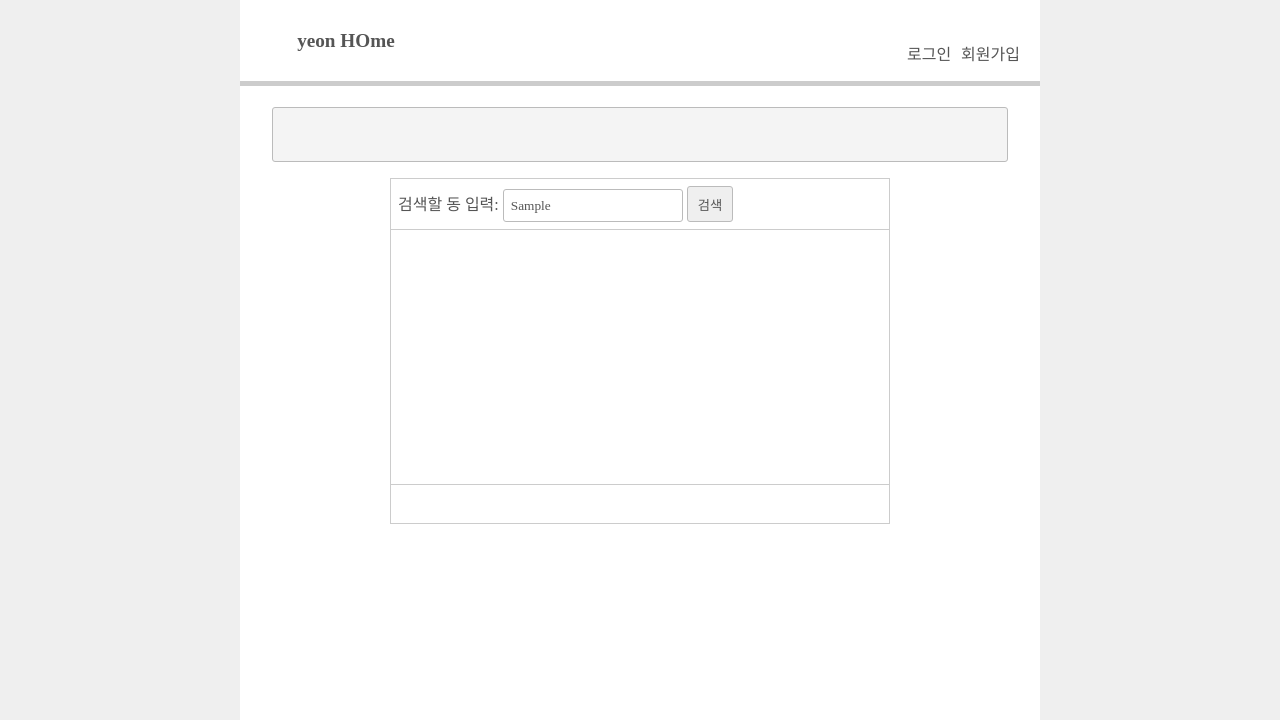
Repository: yeonhwa323/webPro
Page: webPro/src/main/webapp/javascript/days08/ex09_02.html
These files come from the project's save history. The page is drawn as it stood at one moment and after the next save; the edit follows.
The browser window is 1280 px wide. The pictures show the whole page.
Empty fields were first filled with sample values (such as "Sample", 5 or name@example.com).
After loading, the first visible `input[onclick="search_dong();"]` was clicked once.
Some web fonts or font styles are not loaded; a fallback is used.

Above is the page before, as saved 2024-04-16 05:20:18.
Console error: ReferenceError: search_dong is not defined

### webPro/src/main/webapp/javascript/days08/ex09_02.html
<!DOCTYPE html>
<html>
<head>
<meta charset="UTF-8">
<meta name="viewport" content="width=device-width, initial-scale=1.0">
<title>Insert title here</title>
<link rel="shortcut icon" type="image/x-icon" href="http://localhost/webPro/images/SiSt.ico">
<script src="https://ajax.googleapis.com/ajax/libs/jquery/3.7.1/jquery.min.js"></script>
<link rel="stylesheet" href="http://localhost/webPro/resources/cdn-main/example.css">
<script src="http://localhost/webPro/resources/cdn-main/example.js"></script>
<style>
 span.material-symbols-outlined{
   vertical-align: text-bottom;
 }
</style>
</head>
<body>
<header>
  <h1 class="main"><a href="#" style="position: absolute;top:30px;">yeon HOme</a></h1>
  <ul>
    <li><a href="#">로그인</a></li>
    <li><a href="#">회원가입</a></li>
  </ul>
</header>
<div>
  <xmp class="code">
  </xmp>

  <table border="1" style="width: 500px;margin: 0 auto">
    <tr>
     <td>
      검색할 동 입력:
      <input type="text" id="dong" name="dong" />
      <input type="button" value="검색" onclick="search_dong();" />
     </td>
    </tr>

    <tr>
     <td>
       <div id="searchResult" class="box" style="visibility: hidden;">
         <a href="javascript:sendAddr('123','451','서울 영등포구 당산 1동')">123-451</a>서울 영등포구 당산 1동<br>
         <a href="javascript:sendAddr('123','452','서울 영등포구 당산 2동')">123-452</a>서울 영등포구 당산 2동<br>
         <a href="javascript:sendAddr('123','453','서울 영등포구 당산 3동')">123-453</a>서울 영등포구 당산 3동<br>
         <a href="javascript:sendAddr('123','454','서울 영등포구 당산 4동')">123-454</a>서울 영등포구 당산 4동<br>
         <a href="javascript:sendAddr('123','455','서울 영등포구 당산 5동')">123-455</a>서울 영등포구 당산 5동<br>
         <a href="javascript:sendAddr('123','456','서울 영등포구 당산 6동')">123-456</a>서울 영등포구 당산 6동<br>
         <a href="javascript:sendAddr('123','457','서울 영등포구 당산 7동')">123-457</a>서울 영등포구 당산 7동<br>
         <a href="javascript:sendAddr('123','458','서울 영등포구 당산 8동')">123-458</a>서울 영등포구 당산 8동<br>
         <a href="javascript:sendAddr('123','459','서울 영등포구 당산 9동')">123-459</a>서울 영등포구 당산 9동<br>
         <a href="javascript:sendAddr('123','461','서울 영등포구 당산 10동')">123-461</a>서울 영등포구 당산 10동<br>
       </div>
     </td>
  </tr>
  <tr>
    <td>
      <div class="box" style="visibility: hidden;">
         '당산' 검색 결과 10개 검색되었습니다.
      </div>
    </td>
  </tr>
  </table>

</div>

</body>
</html>

### webPro/src/main/webapp/resources/cdn-main/example.css
@charset "UTF-8";

@import url('https://fonts.googleapis.com/css2?family=Material+Symbols+Outlined:opsz,wght,FILL,GRAD@20..48,100..700,0..1,-50..200');

@font-face {
    font-family: 'GmarketSansMedium';
    src: url('https://cdn.jsdelivr.net/gh/projectnoonnu/noonfonts_2001@1.1/GmarketSansMedium.woff') format('woff');
    font-weight: normal;
    font-style: normal;
}

:root {
	--text-color: #555;
	--sub-text-color: #777;
	--back-color: #EFEFEF;
	--header-color: #444;
	--primary-color: #DEDEDE;
	--secondary-color: #EFEFEF;
	--default-width: 800px;
	--narrow-width: 500px;
	--wide-width: 1200px;
	--text-font: 'GmarketSansMedium';
	--icon-font: 'Material Symbols Outlined';
	--border-color: #CCC;
}

html, body {
	margin: 0;
	padding: 0;
}

html {
	background-color: var(--back-color);
	display: flex;
	justify-content: center;
	min-height: 100vh;
}

body, body.default {
	width: var(--default-width);
	background-color: white;
	padding-bottom: 120px;
}

body.wide {
	width: var(--wide-width);
}

body.narrow {
	width: var(--narrow-width);
}



body, p, div, span, a, input, select, option, textarea, button, table, th, td, label, fieldset, legend {
	font-family: var(--text-font);
	color: var(--text-color);
}

h1, h2, h3 {
	font-family: var(--text-font);
	color: var(--header-color);
	padding: 0 1rem;
	padding-top: .5rem;
}

div > h1, div > h2, div > h3 {
	padding: 0;
}

body > div, body > main > div {
	padding: 0.3rem 1rem;
}


h1 { font-size: 2rem; border-bottom: 1px solid var(--border-color); }
h1 small { font-size: 1.2rem; color: var(--sub-text-color); }
h2 { font-size: 1.5rem; border-bottom: 1px dashed var(--border-color); }
h2 small { font-size: 1.1rem; color: --sub-text-color; }
h3 { font-size: 1.2rem; }
h3 small { font-size: 1rem; color: --sub-text-color; }



h1.main::before {
	font-family: var(--icon-font);
  	content: '\e666';
  	margin-right: 10px;
  	float: left;
	font-size: 2.5rem;
}

h1.sub::before {
	font-family: var(--icon-font);
  	content: '\ea19';
  	margin-right: 10px;
  	float: left;
	font-size: 2.5rem;
}


h1.page::before {
	font-family: var(--icon-font);
  	content: '\e0e0';
  	margin-right: 10px;
  	float: left;
	font-size: 2.5rem;
}

body > header > ul > li > .active{
	background-color: #FFF;
	color:#F00;
}

body > header {
	display: flex;
	justify-content: space-between;
	border-bottom: 5px solid var(--border-color);
	min-height: 74px;
	background-color: #FFF;
}

body > header.sticky {
	position: sticky;
	top: 0;
	z-index: 98;
}

body > header > h1 {
	font-size: 1.2rem;
	border: 0;
}

body > header.in > h1::before {
	font-family: var(--icon-font);
  	content: '\e332‥';
  	margin-right: 3px;
  	float: left;
	font-size: 2rem;
}


body > header > ul {
	list-style-type: none;
	display: flex;
	align-items: flex-end;
	margin-right: 10px;
}

body > header > ul > li {
	margin-right: 10px;
	cursor: pointer;
}

body > header > ul > li > a {
	cursor: pointer;
}


form {
	display: block;
}

form > div {
	padding: 0.3rem 1rem;
}

div > form > div {
	padding: 0.3rem 0;
}

input, textarea, button, select {
	border: 1px solid #BBB;
	border-radius: 3px;
	outline: none;
	resize: none;
	padding: 7px;
	margin: 0;
}

input[type=text]:read-only, textarea:read-only {
	cursor: not-allowed;
	background-color: #FFF;
}

input[type=text]:disabled, textarea:disabled {
	cursor: not-allowed;
	background-color: #EEE;
}

input[type=text], input[type=password], textarea, button, select {
	/* width: 300px; */
}

textarea {
	display: block;
	height: 100px;
}

input[type=button], input[type=submit], button {
	/* width: inherit; */
}

input.short, textarea.short, button.short, select.short {
	width: 100px;
}

input.long, textarea.long, button.long, select.long {
	width: 350px;
}

.narrow input.long, .narrow textarea.long, .narrow button.long, .narrow select.long {
	width: calc(100% - 20px);
}

input.full, textarea.full, button.full, select.full {
	width: calc(100% - 20px);
}

textarea.short {
	height: 50px;
}

textarea.long {
	height: 100px;
}

textarea.full {
	height: 200px;
}

input, textarea {
	padding-top: 8px;
}

input[type=button], input[type=submit], button {
	padding: 5px 10px;
	background-color: var(--secondary-color);
	cursor: pointer;
	min-height: 36px;
}

input[type=button].primary, input[type=submit].primary, button.primary {
	/* background-color: rgba(100, 149, 237, .2); */
	background-color: var(--primary-color);
}

input[type=button].primary:hover, input[type=submit].primary:hover, button.primary:hover {
	/* background-color: rgba(100, 149, 237, .3); */
	background-color: var(--secondary-color);
}

input[type=button]:hover, input[type=submit]:hover, button:hover {
	background-color: var(--primary-color);
}

button {
	position: relative;
	left: 0;
	top: 0;
	padding-left: 35px;
}

button .material-symbols-outlined {
	position: absolute;
	left: 10px;
	top: 4px;
}

/* k2nik add */
button.login::before {
	font-family: var(--icon-font);
  	content: '\ea77';
	position: absolute;
	left: 11px;
	top: 4px;
	font-size: 1.25rem;
}

/* k2nik logout */
button.logout::before {
	font-family: var(--icon-font);
  	content: '\e9ba';
	position: absolute;
	left: 11px;
	top: 4px;
	font-size: 1.25rem;
}

/* k2nik help */
button.help::before {
	font-family: var(--icon-font);
  	content: '\f1c0';
	position: absolute;
	left: 11px;
	top: 4px;
	font-size: 1.25rem;
}

button.add::before{
	font-family: var(--icon-font);
  	content: '\e746';
	position: absolute;
	left: 11px;
	top: 4px;
	font-size: 1.25rem;
}

button.back::before {
	font-family: var(--icon-font);
  	content: '\e166';
	position: absolute;
	left: 11px;
	top: 4px;
	font-size: 1.25rem;
}

button.list::before {
	font-family: var(--icon-font);
  	content: '\e0ee';
	position: absolute;
	left: 11px;
	top: 4px;
	font-size: 1.25rem;
}


button.del::before {
	font-family: var(--icon-font);
  	content: '\e872';
	position: absolute;
	left: 11px;
	top: 4px;
	font-size: 1.25rem;
}


button.edit::before {
	font-family: var(--icon-font);
  	content: '\e745';
	position: absolute;
	left: 11px;
	top: 4px;
	font-size: 1.25rem;
}


button.login::before {
	font-family: var(--icon-font);
  	content: '\ea77';
	position: absolute;
	left: 11px;
	top: 4px;
	font-size: 1.25rem;
}


button.logout::before {
	font-family: var(--icon-font);
  	content: '\e9ba';
	position: absolute;
	left: 11px;
	top: 4px;
	font-size: 1.25rem;
}


button.in::before {
	font-family: var(--icon-font);
  	content: '\f71a';
	position: absolute;
	left: 11px;
	top: 4px;
	font-size: 1.25rem;
}


button.out::before {
	font-family: var(--icon-font);
  	content: '\f70e';
	position: absolute;
	left: 11px;
	top: 4px;
	font-size: 1.25rem;
}


button.reply::before {
	font-family: var(--icon-font);
  	content: '\e15e';
	position: absolute;
	left: 11px;
	top: 4px;
	font-size: 1.25rem;
}


button.comment::before {
	font-family: var(--icon-font);
  	content: '\e0b9';
	position: absolute;
	left: 11px;
	top: 4px;
	font-size: 1.25rem;
}


button.modal::before {
	font-family: var(--icon-font);
  	content: '\e89e';
	position: absolute;
	left: 11px;
	top: 4px;
	font-size: 1.25rem;
}


button.ok::before {
	font-family: var(--icon-font);
  	content: '\e86c';
	position: absolute;
	left: 11px;
	top: 4px;
	font-size: 1.25rem;
}


button.cancel::before {
	font-family: var(--icon-font);
  	content: '\e5c9';
	position: absolute;
	left: 11px;
	top: 4px;
	font-size: 1.25rem;
}

button.search::before {
	font-family: var(--icon-font);
  	content: '\e8b6';
	position: absolute;
	left: 11px;
	top: 4px;
	font-size: 1.25rem;
}

button.home::before {
	font-family: var(--icon-font);
  	content: '\e88a';
	position: absolute;
	left: 11px;
	top: 4px;
	font-size: 1.25rem;
}


button.sidebar::before {
	font-family: var(--icon-font);
  	content: '\f7e4';
	position: absolute;
	left: 11px;
	top: 4px;
	font-size: 1.25rem;
}


button.sidebar-right::before {
	font-family: var(--icon-font);
  	content: '\f7e5';
	position: absolute;
	left: 11px;
	top: 4px;
	font-size: 1.25rem;
}




button::before {
	font-family: var(--icon-font);
  	content: '\e323';
	position: absolute;
	left: 11px;
	top: 4px;
	font-size: 1.25rem;
}


table {
	border-collapse: collapse;
	margin: 1rem;
	box-sizing: border-box;
	width: calc(100% - 32px);
}

table.content {
	width: auto;
}

div > table {
	margin: 0;
}

table th, table td {
	border: 1px solid var(--border-color);
	padding: 7px;
	font-weight: normal;
}

table th {
	background-color: var(--back-color);
}

table.vertical th {
	width: 150px;
}

table.vertical td {
	width: calc(100% - 182px);
	padding-left: 10px;
}

table.content td, table.content th {
	width: auto;
}

body.narrow table.vertical th {
	width: 100px;
}

body.narrow table.vertical td {
	width: calc(100% - 182px);
}


table + table {
	margin-top: 30px;
}


p {
	padding: 0 1rem;
}

a {
	text-decoration: none;
}

a:hover {
	color: rgba(255, 99, 71, .7);
}

hr {
	border: 0;
	border-top: 1px solid var(--border-color);
	margin: 2rem 0;
}

.message {
	border: 1px solid var(--border-color);
	background-color: #EFEFEF;
	margin: 1rem;
	width: auto;
	padding-top: 10px;
	padding-bottom: 10px;
	font-size: 14px;
}

.message[title]::before {
	content: attr(title);
	display: block;
	border-bottom: 1px solid var(--border-color);
	padding-bottom: 5px;
	margin-bottom: 10px;
	margin-top: 7px;
}

.message.short {
	max-width: 250px;
}

.message.long {
	max-width: 500px;
}

.badge {
	float: right;
	font-size: .8rem;
	margin-top: 2px;
	margin-right: 2px;
	text-shadow: 0 0 7px gray;
}

.badge.left {
	float: none;
	margin-left: 2px;
}

.badge.right {
	float: right;
}

.badge.red {
	border-radius: 50%;
	padding: 2px 5px;
	background-color: rgb(255, 99, 71, .3);
}

.badge.yellow {

	border-radius: 50%;
	padding: 2px 5px;
	background-color: rgb(255, 215, 0, .5);
}

.badge.blue {
	border-radius: 50%;
	padding: 2px 5px;
	background-color: rgb(100, 149, 237, .3);
}

label + label {
	margin-left: 7px;
}

label input[type=checkbox], label input[type=radio] {
	transform: translate(0, 1px);
}

.group {
	display: flex;
}

.modal-content .group {
	margin-bottom: .5rem;
}

.group label {
	border: 1px solid #BBB;
	border-radius: 3px;
	outline: none;
	resize: none;
	padding: 7px 14px;
	margin: 0;
	border-top-right-radius: 0;
	border-bottom-right-radius: 0;
	background-color: #EFEFEF;
	white-space: nowrap;
	font-size: 14px;
}

.group input[type=text] {
	margin-left: -1px;
	border-top-left-radius: 0;
	border-bottom-left-radius: 0;
}

.group select {
	margin-left: -1px;
	border-top-left-radius: 0;
	border-bottom-left-radius: 0;
}

.group input.full[type=text] {
	margin-left: -1px;
	border-top-left-radius: 0;
	border-bottom-left-radius: 0;
	width: 100%;
}

.group input[type=button]:first-child, .group button:first-child {
	border-top-left-radius: 3px;
	border-bottom-left-radius: 3px;
	margin-left: 0px;
}

.group input[type=button], .group button {
	border-radius: 0;
	margin-left: -1px;
}

.group input[type=button]:last-child, .group button:last-child {
	margin-left: -1px;
	border-top-right-radius: 3px;
	border-bottom-right-radius: 3px;
}

.seperate {
	display: flex;
	justify-content: space-between;
}

div.list {
	width: max-content;
	margin: 1rem;
	border: 1px solid #BBB;
	border-radius: 3px;
	padding: 0;
}

div.list.full {
	width: auto;
	display: block;
	margin: 1rem;
	border: 1px solid #BBB;
	border-radius: 3px;
	padding: 0;
}

div.list > div {
	padding: .5rem 1rem;
	margin: 0;
	border-bottom: 1px solid #BBB;
}

div.list > div:last-child {
	border-bottom: 0;
}

pre.code , xmp.code{
	font-family: consols;
	background-color: rgba(150, 150, 150, .1);
	border: 1px solid #BBB;
	border-radius: 3px;
	padding: .5rem 1rem;
	padding-bottom: .6rem;
	margin: 1rem;
}




*[data-modal-window] {
	position: fixed;
	background-color: rgba(0, 0, 0, .3);
	left: 0;
	top: 0;
	display: none;
	justify-content: center;
	align-items: flex-start;
	width: 100%;
	min-height: 100vh;
	z-index: 100;
	opacity: 0;
	transition: 500ms all;
}

*[data-modal-window] .modal-container {
	border-radius: 5px;
	padding: 1rem;
	padding-bottom: .5rem;
	margin-top: -500px;
	opacity: 0;
	width: 500px;
	background-color: #FFF;
	margin-right: 2rem;
	transition: 500ms all;
}

*[data-modal-size=content] .modal-container {
	width: auto;
}

*[data-modal-size=narrow] .modal-container {
	width: 300px;
}

*[data-modal-size=wide] .modal-container {
	width: 760px;
}


*[data-modal-window] .modal-header {
	border-bottom: 1px solid var(--border-color);
	padding: 2px 5px;
}

*[data-modal-window] .modal-content {
	padding: 1rem 5px;
}

*[data-modal-window] .modal-content div:last-child {
	margin-top: 1rem;
	text-align: right;
}



*[data-sidebar-window] {
	position: fixed;
	background-color: #FFF;
	left: 0;
	top: 0;
	display: block;
	width: 300px;
	border-right: 1px solid var(--border-color);
	box-sizing: border-box;
	box-shadow: 0 0 3px var(--back-color);
	min-height: 100vh;
	z-index: 99;
	transform: translate(-300px, 0);
	transition-duration: 500ms;
	transition-property: transform;
}

*[data-sidebar-direction=right] {
	left: auto;
	right: 0;
	transform: translate(300px, 0);
	border-left: 1px solid var(--border-color);
}

*[data-sidebar-size=wide] {
	width: 500px;
	transform: translate(-500px, 0);
}

*[data-sidebar-window] .sidebar-title {
	border-bottom: 1px solid var(--border-color);
	margin-top: 20px;
	margin-bottom: 20px;
	padding-bottom: 5px;
	display: flex;
	justify-content: space-between;
}

*[data-sidebar-window] .sidebar-title span:last-child {
	cursor: pointer;
}


/* K2Nik pagination */
.center {
  text-align: center;
}

.pagination {
  display: inline-block;
}

.pagination a {
  color: black;
  float: left;
  padding: 3px 6px;
  text-decoration: none;
  transition: background-color .3s;
  border: 1px solid #ddd;
  margin: 0 3px;
}

.pagination a.active {
  background-color: #4CAF50;
  color: white;
  border: 1px solid #4CAF50;
}

.pagination a:hover:not(.active) {background-color: #ddd;}

### webPro/src/main/webapp/resources/cdn-main/example.js

window.onload = () => {

    const list = document.querySelectorAll('input, textarea');

    list.forEach(item => {
        item.setAttribute('autocomplete', 'off');
    });


    const modal_btn_list = document.querySelectorAll('*[data-modal-button]');

    modal_btn_list.forEach(item => {
        item.onclick = function() {

            const name = this.dataset['modalButton'];
            const modal_window = document.querySelector('*[data-modal-window=' + name);

            const container = document.createElement('div');
            container.className = 'modal-container';



            const modal_header = document.createElement('div');
            modal_header.textContent = modal_window.dataset['modalTitle'];
            modal_header.className = 'modal-header';
            container.appendChild(modal_header);

            const modal_content = document.createElement('div');
            modal_content.className = 'modal-content';
            container.appendChild(modal_content);

            Array.from(modal_window.childNodes).forEach(item => {
                modal_content.appendChild(item);
            });

            modal_window.appendChild(container);

            modal_window.style.display = 'flex';

            setTimeout(() => {
                modal_window.style.opacity = 1;
                container.style.marginTop = '20px';
                container.style.opacity = 1;
            }, 50);


            const modal_ok = document.querySelector('*[data-modal-ok=' + name);
            modal_ok.addEventListener('click', function() {
                modal_window.style.opacity = 0;
                container.style.marginTop = '-500px';
                container.style.opacity = 0;

                setTimeout(() => {
                    modal_window.innerHTML = modal_content.innerHTML;
                    modal_window.style.display = 'none';
                }, 500);

            });

            const modal_cancel = document.querySelector('*[data-modal-cancel=' + name);
            modal_cancel.addEventListener('click', function() {

                modal_window.style.opacity = 0;
                container.style.marginTop = '-500px';
                container.style.opacity = 0;

                setTimeout(() => {
                    modal_window.innerHTML = modal_content.innerHTML;
                    modal_window.style.display = 'none';
                }, 500);
            });


        };
    });


    const sidebar_btn_list = document.querySelectorAll('*[data-sidebar-button]');

    sidebar_btn_list.forEach(item => {
        item.onclick = function() {



            const name = this.dataset['sidebarButton'];
            const sidebar_window = document.querySelector('*[data-sidebar-window=' + name);

            if (sidebar_window.style.transform == 'translate(0px, 0px)') return;



            sidebar_window.style.transform = 'translate(0, 0)';

            const sidebar_title = document.createElement('div');
            sidebar_title.className = 'sidebar-title';
            sidebar_title.innerHTML = '<span>' + sidebar_window.dataset['sidebarTitle'] + '</span><span class="material-symbols-outlined">close</span>';

            sidebar_title.children[1].onclick = function() {

                let sign = 1;
                let distance = 300;

                if (sidebar_window.dataset['sidebarDirection'] != 'right') {
                    sign = -1;
                } else {
                    sign = 1;
                }

                if (sidebar_window.dataset['sidebarSize'] != 'wide') {
                    distance = 300;
                } else {
                    distance = 500;
                }

                distance *= sign;

                sidebar_window.style.transform = 'translate(' + distance + 'px, 0)';

                setTimeout(function() {
                    sidebar_window.removeChild(sidebar_window.children[0]);
                }, 500);
            };


            sidebar_window.prepend(sidebar_title);

        }
    });

};

// window.onkeydown = function(event) {

//     if (event.keyCode == 27) {
//         if (document.querySelector('[data-modal-window').style.display == 'flex') {
//             document.querySelector('[data-modal-window').style.display = 'none';
//         }
//     }

// };

After the next save:
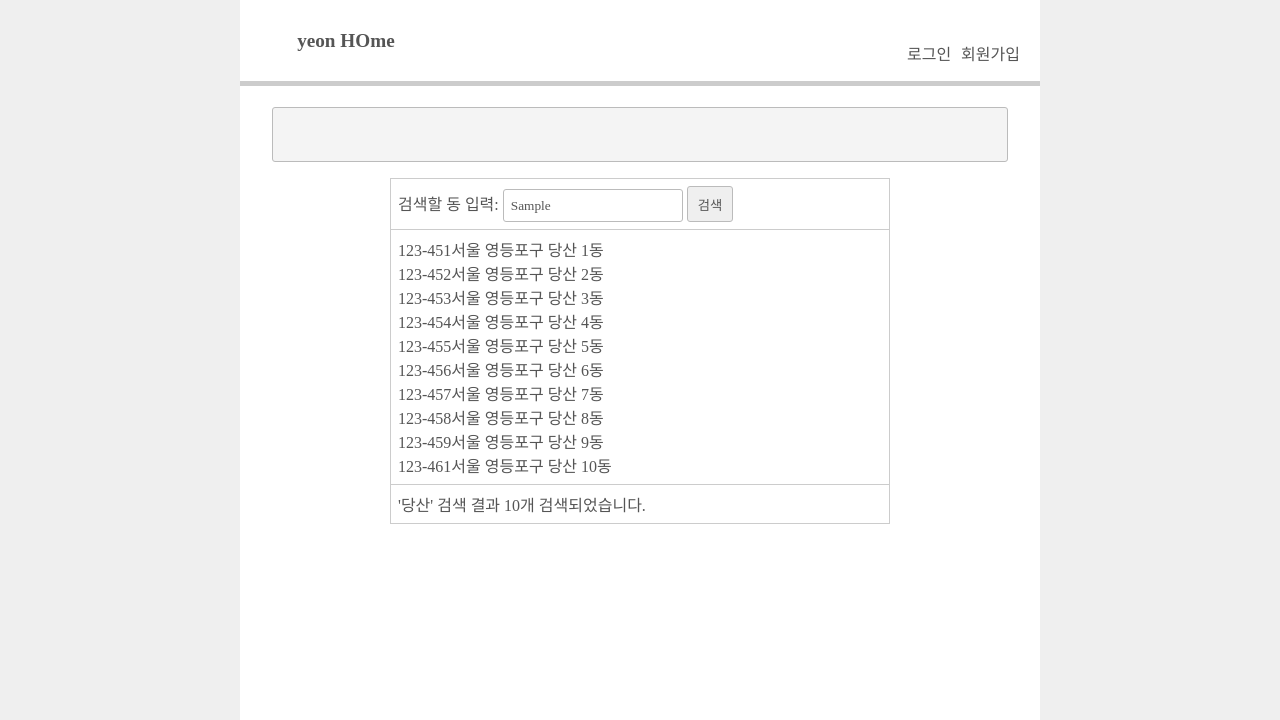
The error is gone.
Saved 110 s later.
--- a/webPro/src/main/webapp/javascript/days08/ex09_02.html
+++ b/webPro/src/main/webapp/javascript/days08/ex09_02.html
@@ -62,5 +62,17 @@
 
 </div>
 
+ <script>
+   function search_dong(){
+	   $("#searchResult").css("visibility", "visible");
+	   $(".box").css("visibility", "visible");
+   }
+
+   function search_(){
+
+
+   }
+ </script>
+
 </body>
 </html>
